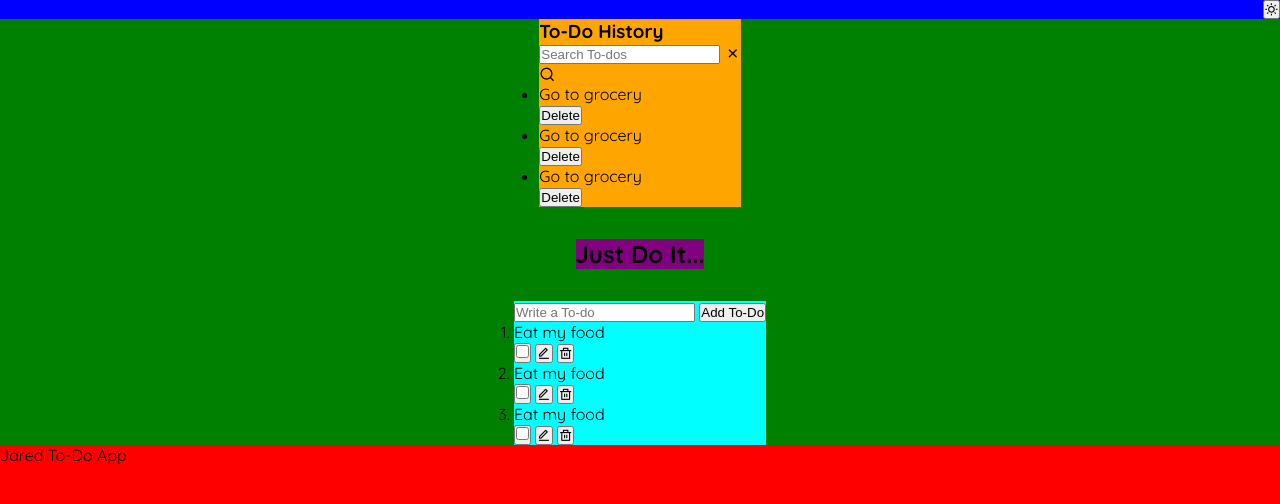
Repository: EguJaredoBoyd/Jared-ToDo-App
Page: main.html
The author's editor kept a copy of each file at every save. The page is drawn from the files as they stood at one save, then again after the next save.
The browser window is 1280 px wide. The pictures show the whole page.
Some web libraries are served in a nearby version.

Above is the page before, as saved 2025-12-23 16:53:12.
Not found: js/to-do.j

After the next save:
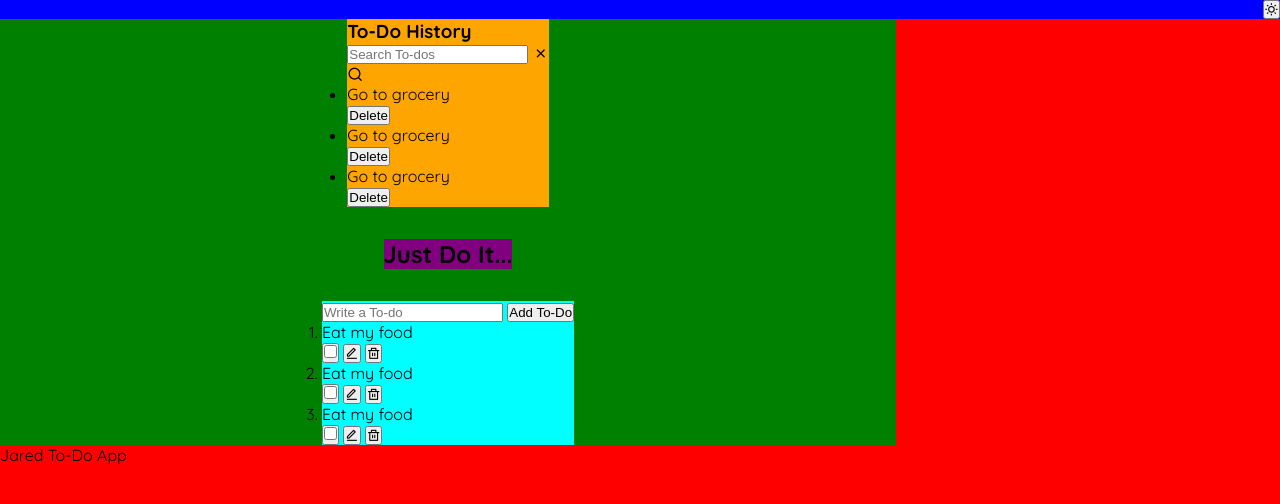
Saved 69 s later.
--- a/css/main.css
+++ b/css/main.css
@@ -42,6 +42,7 @@
   align-items: center;
   background-color: green;
   gap: 2rem;
+  width: 70vw;
 }
 
 .todo-history {

After the save that followed:
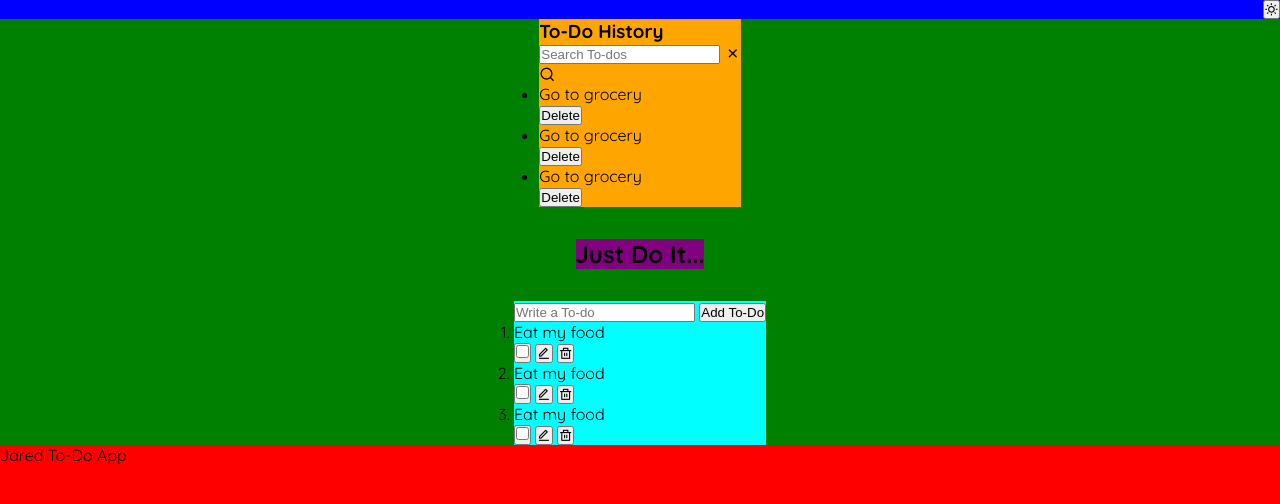
Saved 21 s later.
--- a/css/main.css
+++ b/css/main.css
@@ -42,7 +42,7 @@
   align-items: center;
   background-color: green;
   gap: 2rem;
-  width: 70vw;
+  width: 100vw;
 }
 
 .todo-history {
